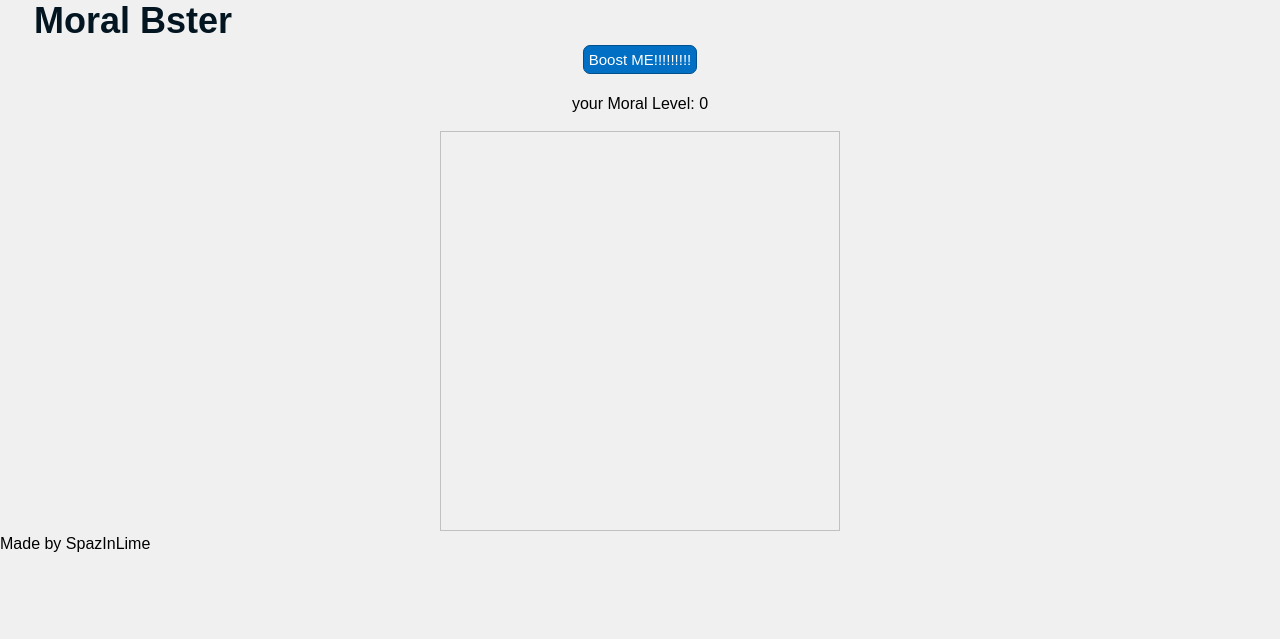
Repository: cxleb/cxleb.github.io
Page: jsapps/mrlbstr/index.html
The author's editor kept a record of every edit. The page is drawn from the files as they stood at one moment, then again after the next edit.
The browser window is 1280 px wide. The pictures show the whole page.

Above is the page before.

### jsapps/mrlbstr/index.html
<!DOCTYPE html>
<html>
	<head>
		<title>Moral Bster</title>
		<link rel="stylesheet" href="style.css" type="text/css" />
		<script type="text/javascript" src="paste.js"></script>
	</head>

	<body>
		<header>
        	<div class="header_div">
            	<h1>Moral Bster</h1>
            </div>
    	</header>


		<center>
			<button onclick="jsCall()" id="btn_Main">Boost ME!!!!!!!!!</button>
			<br/>
			<br/>
			<p id="Moral_level">your Moral Level: 0</p>
			<br/>
			<img style="border-size: 0px;" id="imgBox" width="400" height="400"/>
		</center>
	</body>
	<footer>
		<p>Made by SpazInLime</p>
	</footer>
</html>

### jsapps/mrlbstr/style.css
*{
    background-color: #F0F0F0;
    margin: 0px;
    padding: 0px;
    font-family: Arial, Helvetica, Sans-Serif;
}
button[id="btn_Main"]{
    background-color: #006fc4;
    border: 1px solid #00508d;
    font-size: 15px;
    color: white;
    padding: 5px;
    margin-bottom: 3px;
    margin-top: 3px;
    border-radius: 7px;
}
h1{
    font-size: 36px;
    padding-left: 34px;
    color: #031520;
}

### jsapps/mrlbstr/paste.js
var Moral = 0;
var infinite = false;
const links =["http://i.imgur.com/UUDMs3Z.gif",
	"http://www.gifwave.com/media/21631_eye-roll.gif",
	"http://i.kinja-img.com/gawker-media/image/upload/s--B1fba4Fs--/c_fit,fl_progressive,q_80,w_636/17k6loie478ejgif.gif",
	"http://cdn.funnyhub.com/2015/feb/bas/Funny-Pictures/funny-middle-finger-old-lady.gif",
	"http://www.funnfun.in/wp-content/uploads/2013/11/ugly-man-funny-gif.gif",
	"http://cdn.funnyhub.com/2015/feb/bas/Funny-Pictures/funny-licking.gif",
	"https://omitlimitation.files.wordpress.com/2014/06/funny-gifs-the-perfect-loop.gif",
	"http://31.media.tumblr.com/5954007035c15f66c6b23f8700357436/tumblr_mmnizoNfFS1spbth3o1_400.gif",
	"http://www.sharegif.com/wp-content/uploads/2014/04/idgaffunny-gifreaction-gifbarack-obama.gif",
	"https://33.media.tumblr.com/cf60fcfee68ced54ec45eef5983ef056/tumblr_ncio86iqb71th9iiyo1_500.gif"];


function jsCall(){
	var num = getRandomInt(0, links.length);
	console.log(num);
	document.getElementById("imgBox").src=links[num];
	document.getElementById("Moral_level").innerHTML="your Moral Level: "+Moral;
}

function dispMoral(){
	Moral += 1;
	document.getElementById("Moral_level").innerHTML="your Moral Level: "+Moral;
	while(infinite){
		Moral += 1;
		document.getElementById("Moral_level").innerHTML="your Moral Level: "+Moral
	}
}

function wait(ms){
	var t = 0;
	while(t < ms*100){
		t += 1;
	}
}


function getRandomInt(min, max) {
    return Math.floor(Math.random() * (max - min + 1)) + min;
}

After the next edit:
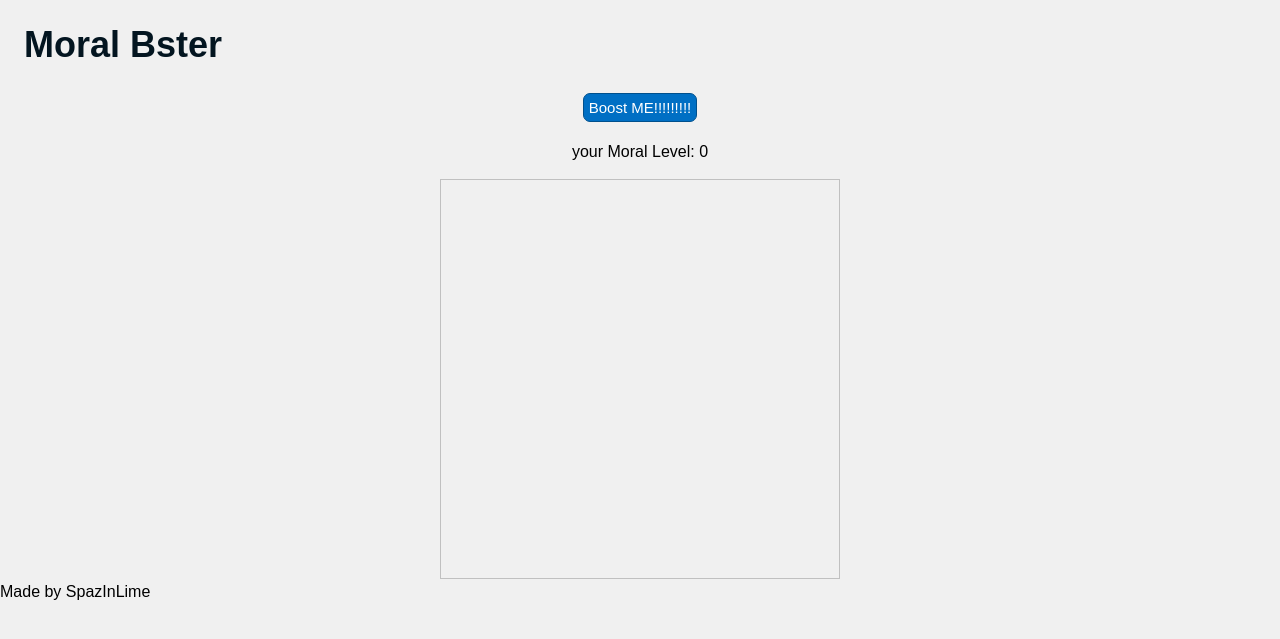
The edit:
--- a/jsapps/mrlbstr/style.css
+++ b/jsapps/mrlbstr/style.css
@@ -16,6 +16,6 @@
 }
 h1{
     font-size: 36px;
-    padding-left: 34px;
+    padding: 24px;
     color: #031520;
 }
